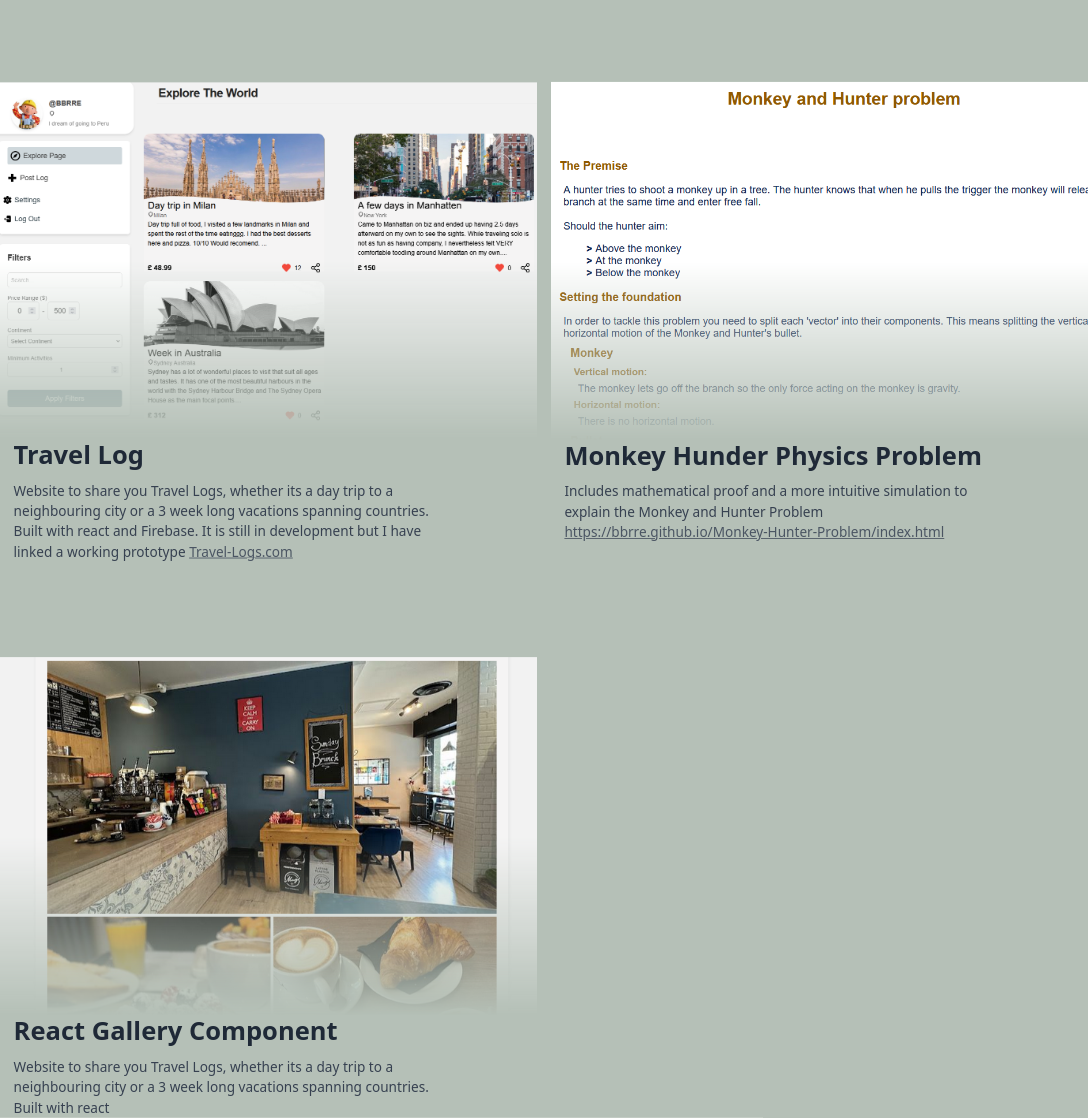
Repository: BBRRE/Portfolio-V2
Page: /#/Computer-Sci
The author's editor kept a copy of each file at every save. The page is drawn from the files as they stood at one save, then again after the next save.
The browser window is 1280 px wide. The pictures show the whole page, at 85% of full size.
Some web fonts or font styles are not loaded; a fallback is used. The project was rebuilt for these pictures with package versions that can differ from the ones it lists, and the page was loaded fresh each time. Also part of the build but not shown: vite.config.js, src/Subjects/Archi.jsx, src/Subjects/EEng.jsx, src/Subjects/Other.jsx, src/Projects Overview.jsx, src/HomePage.jsx, src/ErrorBoundary.jsx.

Above is the page before, as saved 2024-11-29 09:18:27.

### index.html
<!doctype html>
<html lang="en">
  <head>
    <meta charset="UTF-8" />
    <link rel="icon" type="image/svg+xml" href="src\assets\letter-bb.svg" />
    <link href="https://fonts.googleapis.com/css2?family=Inconsolata&family=Italiana&family=Hubballi&family=Julius+Sans+One&display=swap" rel="stylesheet">
    <link rel="preconnect" href="https://fonts.googleapis.com" />
<link rel="preconnect" href="https://fonts.gstatic.com" crossorigin />
<link
  rel="stylesheet"
  href="https://fonts.googleapis.com/css2?family=Roboto:wght@300;400;500;700&display=swap"
/>
<link
  rel="stylesheet"
  href="https://fonts.googleapis.com/icon?family=Material+Icons"
/>

    <meta name="viewport" content="width=device-width, initial-scale=1.0" />
    <title>Bilaal Bare</title>
  </head>
  <body>
    <div id="root"></div>
    <script type="module" src="/src/main.jsx"></script>
  </body>
</html>

### src/main.jsx
import React from 'react'
import ReactDOM from 'react-dom/client'
import App from './App'
import ErrorBoundary from './ErrorBoundary'
import './index.css'

ReactDOM.createRoot(document.getElementById('root')).render(
  <React.StrictMode>
    <ErrorBoundary>
      <App />
    </ErrorBoundary>
  </React.StrictMode>
)

### src/App.jsx
import { HashRouter as Router, Routes, Route } from 'react-router-dom';
import Archi from './Subjects/Archi.jsx'
import CompSci from './Subjects/CompSci.jsx'
import EEng from './Subjects/EEng.jsx'
import Other from './Subjects/Other.jsx'
import { HomePage } from './HomePage'
import { useState, useEffect } from 'react'

function App() {
  useEffect(() => {
    console.log('App component mounted')
  }, [])

  return (
    <Router>
        <Routes>
          <Route path="/" element={<HomePage />} />
          <Route path="/Architecture" element={<Archi />} />
          <Route path="/Electronic-Eng" element={<EEng />} />
          <Route path="/Computer-Sci" element={<CompSci />} />
          <Route path="/Other" element={<Other />} />
        </Routes>
    </Router>
  )
}

export default App

### src/index.css
@tailwind base;
@tailwind components;
@tailwind utilities;

@layer utilities {
  .bg-dot-pattern {
    background-image: radial-gradient(circle, rgba(0, 0, 0, 0.2) 1px, transparent 1px);
    background-size: 50px 50px; /* Adjust the spacing here */
  }
}

### src/Subjects/CompSci.jsx
import React from 'react'
import cs from '../assets/aaaa.png'
import ph from '../assets/Monkey.png'
import tr from '../assets/tra.png'

const CompSci = () => {
  return (
    <div className='bg-[#B5C0B7] w-full h-auto min-h-screen grid grid-cols-1 md:grid-cols-2  gap-4'>
      <div className='flex flex-col mx-auto mt-24'>
        <img src={cs} style={{ WebkitMaskImage: 'linear-gradient(to top, transparent 0%, black 50%)' }} />
        <div className="  flex flex-col ml-4 gap-3 justify-center">
          <h2 className=" text-left text-xl md:text-2xl lg:text-3xl font-semibold text-gray-800">
            Travel Log
          </h2>
          <p className="text-gray-700 text-sm md:text-base leading-relaxed max-w-[500px]">
            Website to share you Travel Logs, whether its a day trip to a neighbouring city or a 3 week long vacations spanning countries. Built with react
            and Firebase. It is still in development but I have linked a working prototype <a href="https://Travel-Logs.com/" className='underline text-gray-600'>Travel-Logs.com</a>
          </p>
        </div>
      </div>

      <div className='flex flex-col mx-auto mt-24'>
        <img src={ph} style={{ WebkitMaskImage: 'linear-gradient(to top, transparent 0%, black 50%)' }} />
        <div className=" flex flex-col ml-4 gap-3 justify-center">
          <h2 className=" text-left text-xl md:text-2xl lg:text-3xl font-semibold text-gray-800">
            Monkey Hunder Physics Problem
          </h2>
          <p className="text-gray-700 text-sm md:text-base leading-relaxed max-w-[500px]">
            Includes mathematical proof and a more intuitive simulation to explain the Monkey and Hunter Problem  <a href="https://bbrre.github.io/Monkey-Hunter-Problem/index.html" className='underline text-gray-600'>https://bbrre.github.io/Monkey-Hunter-Problem/index.html</a>        </p>
        </div>
      </div>

      <div className='flex flex-col mx-auto mt-24'>
        <img src={tr} style={{ WebkitMaskImage: 'linear-gradient(to top, transparent 0%, black 50%)' }} />
        <div className=" flex flex-col ml-4 gap-3 justify-center">
          <h2 className=" text-left text-xl md:text-2xl lg:text-3xl font-semibold text-gray-800">
            React Gallery Component
          </h2>
          <p className="text-gray-700 text-sm md:text-base leading-relaxed max-w-[500px]">
            Website to share you Travel Logs, whether its a day trip to a neighbouring city or a 3 week long vacations spanning countries. Built with react

          </p>
        </div>
      </div>

    </div>
  )
}

export default CompSci

### tailwind.config.js
/** @type {import('tailwindcss').Config} */
export default {
    darkMode: ["class"],
    content: ["index.css",
  "./src/**/*.{js,ts,jsx,tsx}",],
  theme: {
  	extend: {
  		backgroundImage: {
  			noise: "url('/src/assets/nnnoise.svg')",
  			undulate: "url('/src/assets/uuundulate.svg')"
  		},
  		fontFamily: {
  			inconsolata: ['Inconsolata', 'monospace'],
  			italiana: ['Italiana', 'serif'],
  			hubballi: ['Hubballi', 'cursive'],
  			julius: ['Julius Sans One"', 'sans-serif']
  		},
      keyframes: {
        fadeIn: {
          '0%': { opacity: '0' },
          '100%': { opacity: '1' },
        },
      }
  	}
  }
}

After the next save:
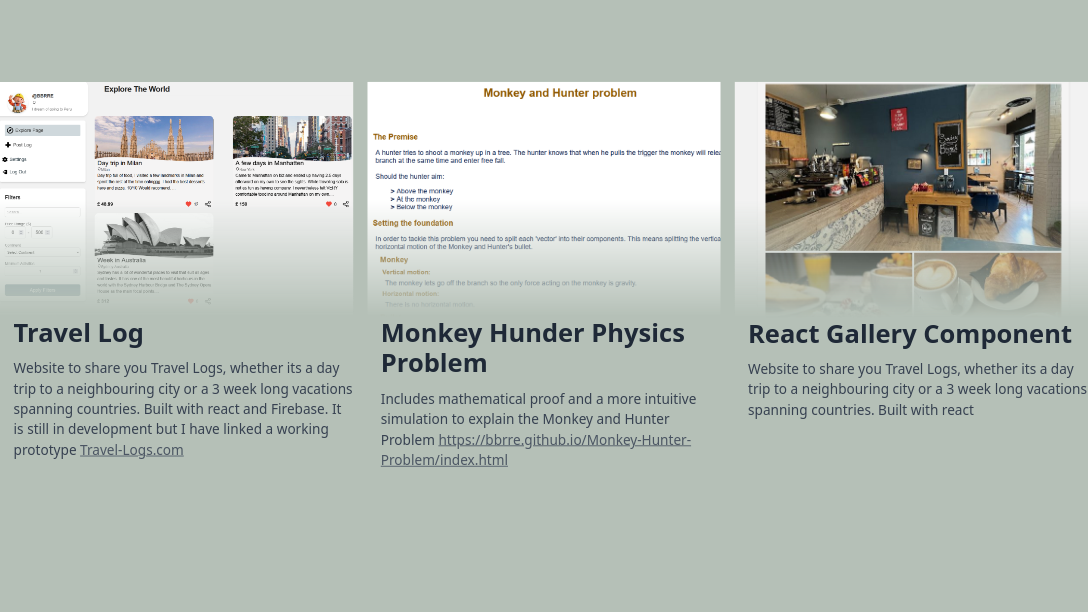
Saved 18 s later.
--- a/src/Subjects/CompSci.jsx
+++ b/src/Subjects/CompSci.jsx
@@ -5,7 +5,7 @@ import tr from '../assets/tra.png'
 
 const CompSci = () => {
   return (
-    <div className='bg-[#B5C0B7] w-full h-auto min-h-screen grid grid-cols-1 md:grid-cols-2  gap-4'>
+    <div className='bg-[#B5C0B7] w-full h-auto min-h-screen grid grid-cols-1 md:grid-cols-2 lg:grid-cols-3 gap-4 '>
       <div className='flex flex-col mx-auto mt-24'>
         <img src={cs} style={{ WebkitMaskImage: 'linear-gradient(to top, transparent 0%, black 50%)' }} />
         <div className="  flex flex-col ml-4 gap-3 justify-center">
